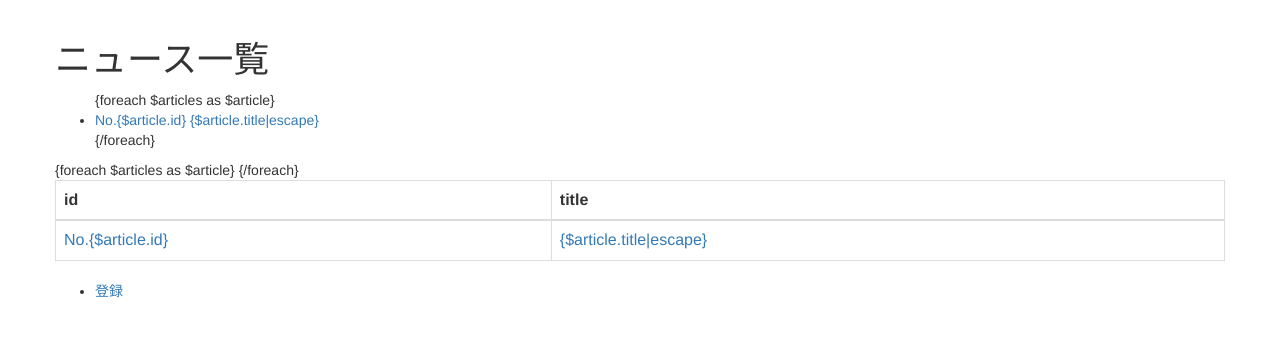
Repository: misakitaro/news-php-20160704-cl9
Page: templates/index.html
The author's editor kept a record of every edit. The page is drawn from the files as they stood at one moment, then again after the next edit.
The browser window is 1280 px wide. The pictures show the whole page.

Above is the page before.

### templates/index.html
<html lang="ja">

<head>
  <meta charset="utf-8">
  <title>ニュース</title>
  <!-- Latest compiled and minified CSS -->
  <link rel="stylesheet" href="https://maxcdn.bootstrapcdn.com/bootstrap/3.3.6/css/bootstrap.min.css" integrity="sha384-1q8mTJOASx8j1Au+a5WDVnPi2lkFfwwEAa8hDDdjZlpLegxhjVME1fgjWPGmkzs7" crossorigin="anonymous">
  <!-- Optional theme -->
  <link rel="stylesheet" href="https://maxcdn.bootstrapcdn.com/bootstrap/3.3.6/css/bootstrap-theme.min.css" integrity="sha384-fLW2N01lMqjakBkx3l/M9EahuwpSfeNvV63J5ezn3uZzapT0u7EYsXMjQV+0En5r" crossorigin="anonymous">
</head>

<body>
  <div class="container" style="padding:20px 0">
    <h1>ニュース一覧</h1>
    <ul>
      {foreach $articles as $article}
      <li><a href="view.php?id={$article.id}">No.{$article.id} {$article.title|escape}</a></li>
      {/foreach}
    </ul>

    <table class="table table-bordered table-hover">
      <thread>
        <tr>
          <th>id</th>
          <th>title</th>
        </tr>
      </thread>
      <tbody>
        {foreach $articles as $article}
        <tr>
          <td><a href="view.php?id={$article.id}">No.{$article.id}</a></td>
          <td><a href="view.php?id={$article.id}"> {$article.title|escape}</a></td>
        </tr>
        {/foreach}
      </tbody>
    </table>

      <ul>
        <li><a href="regist_form.php">登録</a></li>
      </ul>
  </div>
  <!-- jquery -->
  <script src="http://code.jquery.com/jquery.js"></script>
  <!-- Latest compiled and minified JavaScript -->
  <script src="https://maxcdn.bootstrapcdn.com/bootstrap/3.3.6/js/bootstrap.min.js" integrity="sha384-0mSbJDEHialfmuBBQP6A4Qrprq5OVfW37PRR3j5ELqxss1yVqOtnepnHVP9aJ7xS" crossorigin="anonymous"></script>
</body>

</html>

After the next edit:
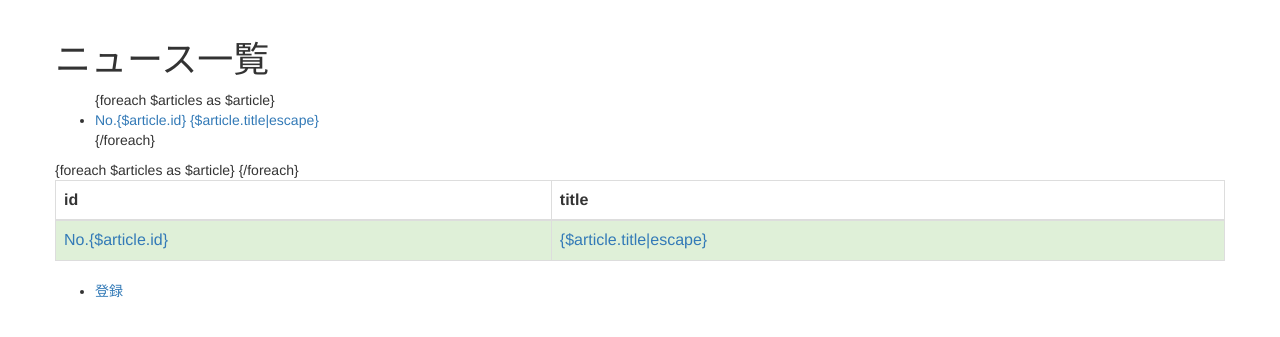
The edit:
--- a/templates/index.html
+++ b/templates/index.html
@@ -27,7 +27,7 @@
       </thread>
       <tbody>
         {foreach $articles as $article}
-        <tr>
+        <tr class="success">
           <td><a href="view.php?id={$article.id}">No.{$article.id}</a></td>
           <td><a href="view.php?id={$article.id}"> {$article.title|escape}</a></td>
         </tr>
